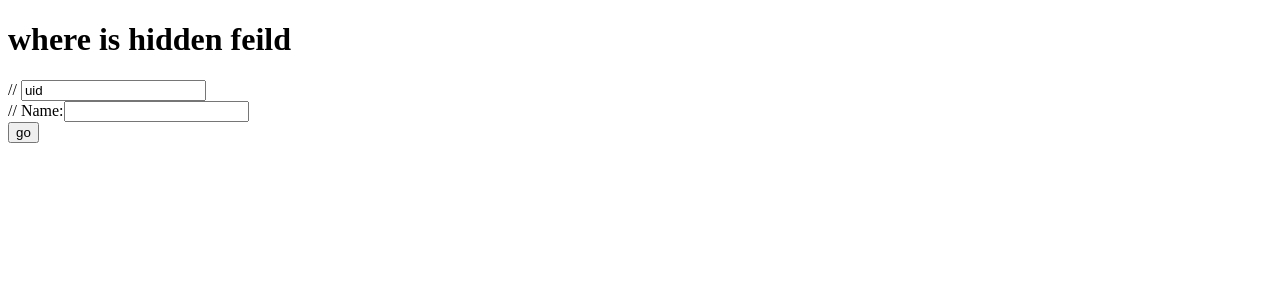
Repository: heenasalim/Java_Script
Page: HtttpSession/WebContent/HiddenFormFeild.html
These files come from the project's save history. The page is drawn as it stood at one moment and after the next save; the edit follows.
The browser window is 1280 px wide. The pictures show the whole page.

Above is the page before, as saved 2015-10-13 17:24:23.

### HtttpSession/WebContent/HiddenFormFeild.html
<!DOCTYPE html PUBLIC "-//W3C//DTD HTML 4.01 Transitional//EN" "http://www.w3.org/TR/html4/loose.dtd">
<html>
<head>
<meta http-equiv="Content-Type" content="text/html; charset=ISO-8859-1">
<title>Insert title here</title>
</head>
<body>
<h1>where   is  hidden  feild</h1>
//<input  type="hidden"  name="user1"  value="uid"  />
<input  type="text"  name="user"  value="uid"  />
    <form action="hiddenServlet1"   method="post">
  //  Name:<input type="text" name="userName"/><br/>
    <input type="submit" value="go"/>
    </form>
</body>
</html>

After the next save:
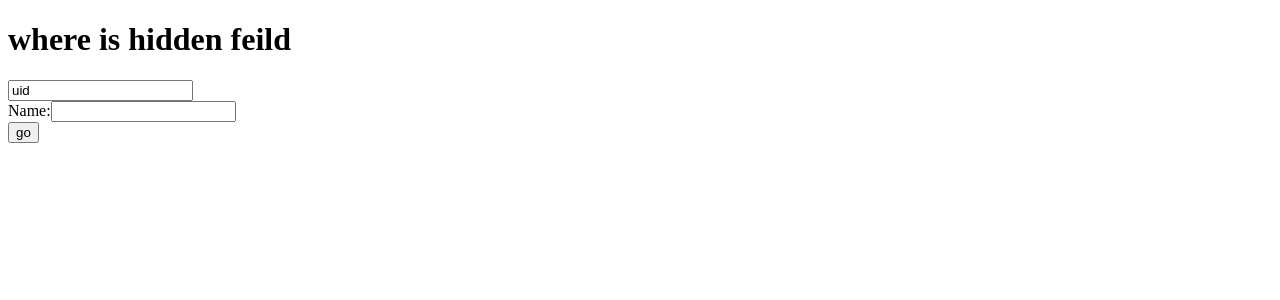
Saved 10 s later.
--- a/HtttpSession/WebContent/HiddenFormFeild.html
+++ b/HtttpSession/WebContent/HiddenFormFeild.html
@@ -6,10 +6,10 @@
 </head>
 <body>
 <h1>where   is  hidden  feild</h1>
-//<input  type="hidden"  name="user1"  value="uid"  />
+<input  type="hidden"  name="user1"  value="uid"  />
 <input  type="text"  name="user"  value="uid"  />
     <form action="hiddenServlet1"   method="post">
-  //  Name:<input type="text" name="userName"/><br/>
+    Name:<input type="text" name="userName"/><br/>
     <input type="submit" value="go"/>
     </form>
 </body>
